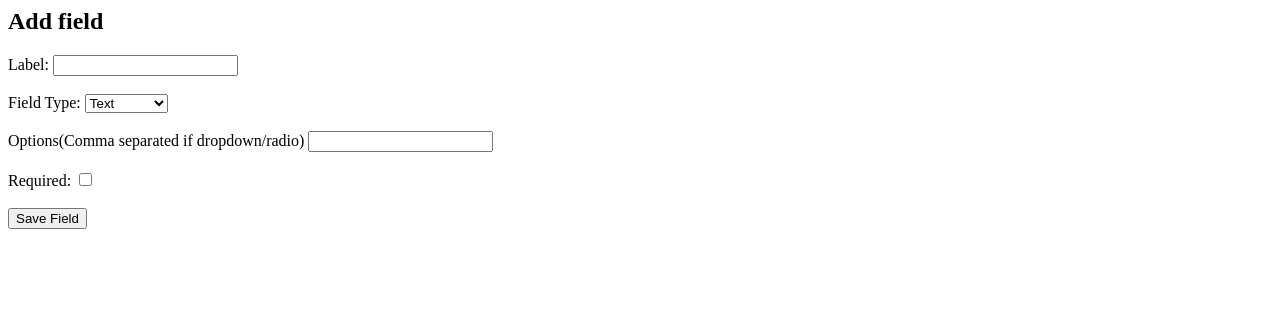
Repository: omkar-istalkar/SportsFest
Page: http://localhost/demo/WEB-INF/jsp/add-field.jsp
An editor plug-in stored every save of this project. The page is shown before and after the next save, followed by the edit.
The browser window is 1280 px wide. The pictures show the whole page.
The page is served by Tomcat 9. Nobody is signed in. The template is opened directly, without the code that normally fills it, so the values that code supplies are empty.

Above is the page before, as saved 2026-02-25 10:13:53.

After the next save:
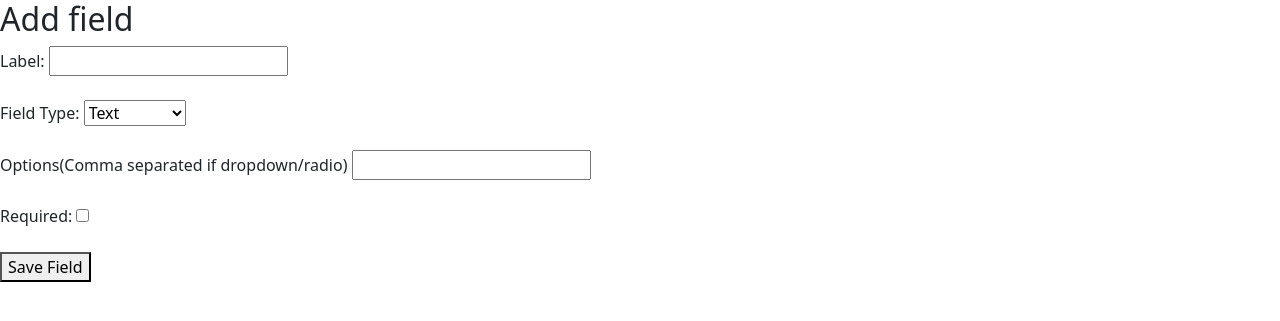
Saved 7 s later.
--- a/demo/src/main/webapp/WEB-INF/jsp/add-field.jsp
+++ b/demo/src/main/webapp/WEB-INF/jsp/add-field.jsp
@@ -1,6 +1,7 @@
 <html>
 	<head>
 		<title>Add Form Field</title>
+		<link href="https://cdn.jsdelivr.net/npm/bootstrap@5.3.2/dist/css/bootstrap.min.css" rel="stylesheet">
 	</head>
 	<body>
 		<h2>Add field</h2>
